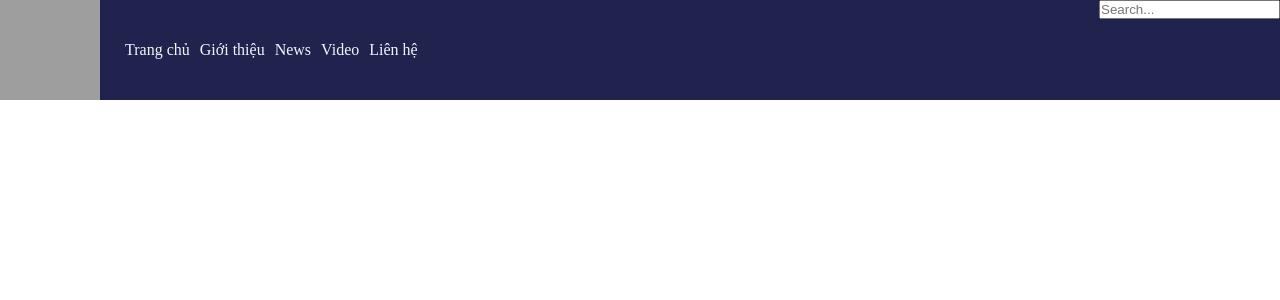
Repository: Luong-tung/newtopics
Page: index2.html
An editor plug-in stored every save of this project. The page is shown before and after the next save, followed by the edit.
The browser window is 1280 px wide. The pictures show the whole page.
Pictures or frames that could not be fetched are drawn as grey boxes. Some web libraries are served in a nearby version.

Above is the page before, as saved 2021-10-07 17:57:53.

After the next save:
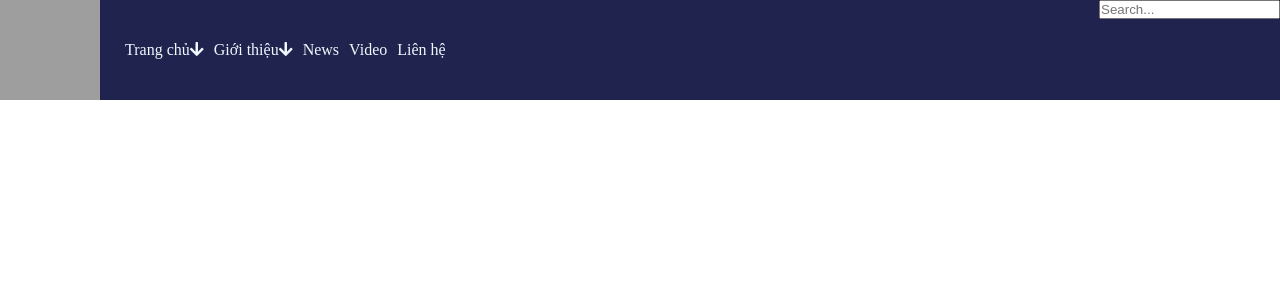
Saved 3 min 54 s later.
--- a/index2.html
+++ b/index2.html
@@ -17,8 +17,8 @@
 
 
             <ul>
-                <li><a href="#"></a>Trang chủ</li>
-                <li><a href="#"></a>Giới thiệu</li>
+                <li><a href="#"></a>Trang chủ<i class="fas fa-arrow-down"></i></li>
+                <li><a href="#"></a>Giới thiệu<i class="fas fa-arrow-down"></i></li>
                 <li><a href="#"></a>News</li>
                 <li><a href="#"></a>Video</li>
                 <li><a href="#"></a>Liên hệ</li>
--- a/iu2.css
+++ b/iu2.css
@@ -28,6 +28,7 @@
 }
 .header .logo ul li{
     list-style: none;
+    cursor: pointer;
     margin: 0px 5px;
 
 
